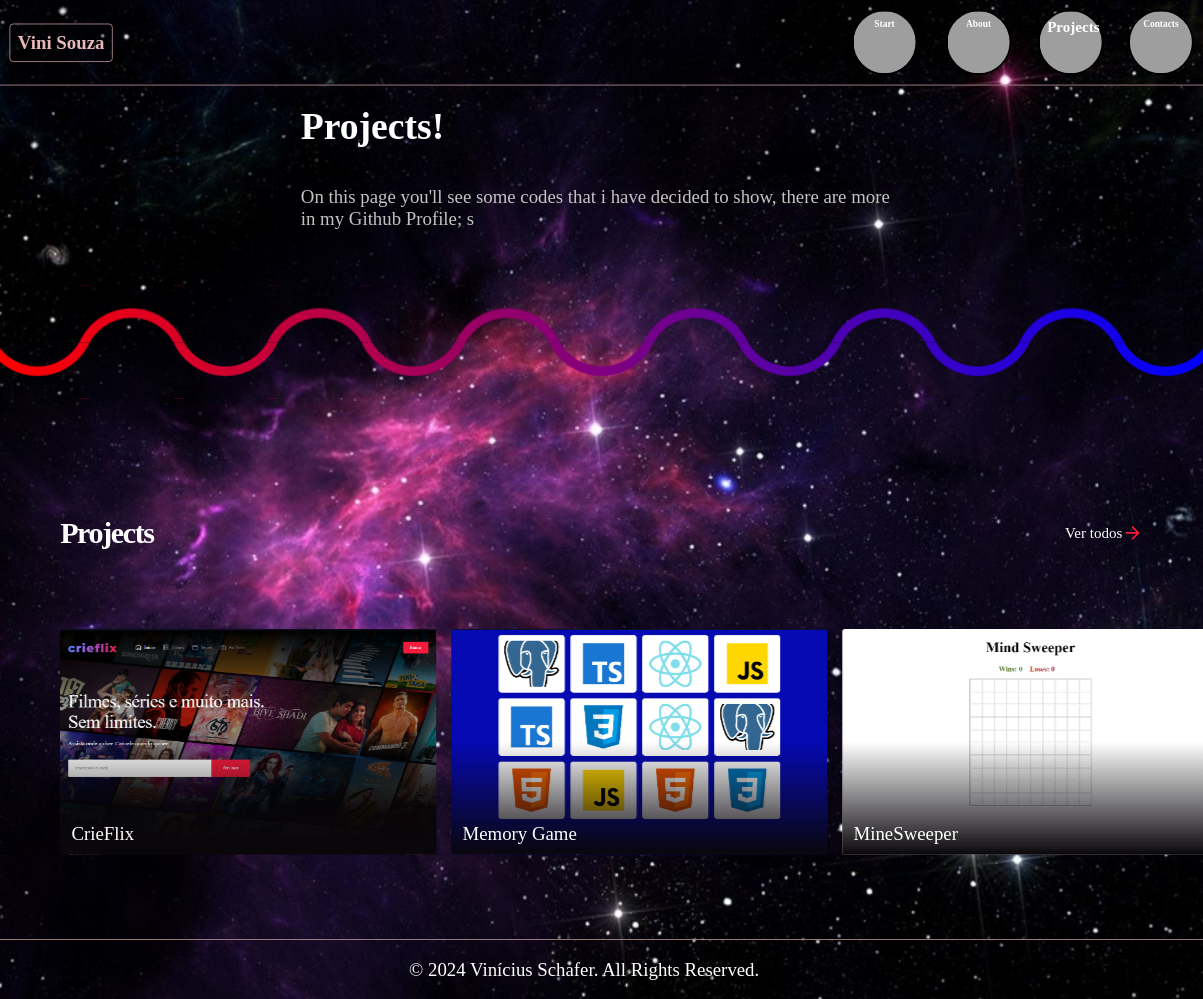
Repository: ViniSouza32/ViniSouza32.github.io
Page: ProjectsScreen/index.html
These files come from the project's save history. The page is drawn as it stood at one moment and after the next save; the edit follows.
The browser window is 1280 px wide. The pictures show the whole page, at 94% of full size.
Pictures or frames that could not be fetched are drawn as grey boxes.

Above is the page before, as saved 2024-08-26 01:18:33.

### ProjectsScreen/index.html
<!DOCTYPE html>
<html lang="pt-BR">
  <head>
    <meta charset="UTF-8" />
    <meta name="viewport" content="width=device-width, initial-scale=1.0" />
    <title>Projects</title>

    <link href="../styles.css" rel="stylesheet" />
    <link href="./styles.css" rel="stylesheet" />
    <link rel="stylesheet" href="componentes/cover.css">
    <link rel="stylesheet" href="componentes/slider.css">

    <link rel="icon" type="image/x-icon" href="../assets/imgs/favicon.jpg">
    <link href="https://fonts.googleapis.com/icon?family=Material+Icons" rel="stylesheet"/>
  </head>
  <body>
    <div class="header">
      <a href="index.html" class="name">Vini Souza</a>

      <ul class="list">
        <a href="../index.html" style="font-size: 10px;  padding-left: 7px">
          <li class="mercury planet">Start</li>
        </a>
        <a href="../aboutScreen/index.html" style="font-size: 10px; padding-left: 10px">
          <li class="mars planet">About</li>
        </a>
        <a
          href="./index.html"
          style="padding-left: 8px"
        >
          <li class="earth planet">Projects</li>
        </a>
        <a
          href="../contatsScreen/index.html"
          style="font-size: 10px; padding-left: 6px"
        >
          <li class="jupiter planet">Contacts</li>
        </a>
      </ul>
      <div class="menu-icon" onclick="toggleMenu()">
        <div class="bar"></div>
        <div class="bar"></div>
        <div class="bar"></div>
      </div>

    </div>

    <div class="desc">
      <h3 class="desc-title">Projects!</h3>

      <p class="desc-text">
        On this page you'll see some codes that i have decided to show,
        there are more in my Github Profile; s
      </p>
    </div>
    <div class="box"></div>

    <section class="slider">
      <div class="slider__header">
          <h4 class="slider__title">Projects</h4>
            <a class="slider__more" href="seeMore.html">
              <span>Ver todos</span>
              <svg width="22" height="22" viewBox="0 0 22 22" xmlns="http://www.w3.org/2000/svg">
                <path d="M3.66536 11.9154L14.8212 11.9154L9.69703 17.0395L10.9987 18.332L18.332 10.9987L10.9987 3.66536L9.7062 4.95786L14.8212 10.082L3.66536 10.082L3.66536 11.9154Z" />
              </svg>
            </a>
      </div>
      <div class="slider__track">
          <div class="cover cover--large">
            <img class="cover__image" src="../assets/imgs/crieFlix.png" alt="CrieFlix">
            <span class="cover__title">CrieFlix</span>
          </div>
          <div class="cover cover--large">
            <img class="cover__image" src="../assets/imgs/jogoMemoria.png" alt="Memory Game">
            <span class="cover__title">Memory Game</span>
          </div>
          <div class="cover cover--large">
            <img class="cover__image" src="../assets/imgs/mindSweeper.png" alt="MineSweeper">
            <span class="cover__title">MineSweeper</span>
          </div>
          <div class="cover cover--large">
            <img class="cover__image" src="../assets/imgs/sistemaDoacoes.png" alt="Donation System">
            <span class="cover__title">Donation System</span>
          </div>
        </section>

    <div id="footer"></div>
  </body>
  <script src="../scripts/hamburgerMenu.js"></script>
  <script src="../scripts/footerGen.js"></script>
</html>

### styles.css
body {
  background-image: url("./assets/imgs/galaxyBack1024x768.jpg");
  background-color: #000;
  background-size: cover;
  margin: 0;
  padding: 0;
}

.header {
  display: flex;
  align-items: center;
  justify-content: space-between;
  color: #fff;
  border-bottom: 1px solid #a08282;
  font-size: 20px;
  font-weight: bold;
  padding: 10px;
}

.padl {
  padding-left: 45.1%;
}

.name {
  text-decoration: none;
  color: #e7b9b9;
  border: 1px solid #a08282;
  border-radius: 4px;
  padding: 8px;
  cursor: default;
}

.selected {
  background-color: #555;
}

.list {
  list-style: none;
  display: flex;
  margin: 0;
  padding: 0;
  justify-content: space-around;
}

.list li {
  margin: 0;
  padding: 8px;
  text-align: center;
}

.mercury {
  background: url(https://www.solarsystemscope.com/images/textures/full/2k_makemake_fictional.jpg);
  background-size: cover;
  border-radius: 50%;
  border: 2px solid #000;
  width: 50px;
  height: 50px;
  margin: 10px;
  animation: movimiento 10s linear 0s infinite;
  cursor: pointer;
}

.mars {
  background: url(https://s3-us-west-2.amazonaws.com/s.cdpn.io/217233/mars_texture.jpg);
  background-size: cover;
  border-radius: 50%;
  border: 2px solid #000;
  width: 50px;
  height: 50px;
  margin: 10px;
  animation: movimiento 10s linear 0s infinite;
  cursor: pointer;
}

.earth {
  background: url(https://cdn.rawgit.com/ManzDev/cursos-assets/gh-pages/css3/earth-2.jpg);
  background-size: cover;
  border-radius: 50%;
  border: 2px solid #000;
  width: 50px;
  height: 50px;
  margin: 10px;
  animation: movimiento 10s linear 0s infinite;
  cursor: pointer;
}

.jupiter {
  background: url(https://www.jpl.nasa.gov/spaceimages/images/largesize/PIA07782_hires.jpg);
  background-size: cover;
  border-radius: 50%;
  border: 2px solid #000;
  width: 50px;
  height: 50px;
  margin: 10px;
  animation: movimiento 10s linear 0s infinite;
  cursor: pointer;
}

@keyframes movimiento {
  0% {
    background-position: 0 0;
  }
  100% {
    background-position: 355px 0;
  }
}

.list {
  list-style: none;
  display: flex;
  margin: 0;
  padding: 0;
  list-style: none;
}

.list li {
  margin-left: 20px;
  padding: 8px;
}

.list a {
  text-decoration: none;
  color: #fff;
  font-size: 16px;
  font-weight: 600;
  cursor: default;
}

.list li:hover {
  background-color: #807d7d;
}

.sub-text {
  color: #c7c7c77a;
}

.text-link {
  color: #a8aafd;
  text-decoration: none;
  padding-left: 25%;
}

.name-body {
  display: flex;
  color: #fff;
  font-size: 20px;
  padding-top: 1%;
  justify-content: center;
}

.image {
  padding-left: 35%;
  max-height: 555px;
  max-width: 1000px;
}

.text {
  color: #fff;
  font-size: 20px;
  margin-top: 20px;
  margin-left: 25%;
  margin-right: 25%;
  text-decoration: none;
}

.email {
  display: inline-flex;
  align-items: center;
  justify-content: center;
  background-color: #0000006b;
  border: 2px solid #a08282;
  border-radius: 8px;
  padding: 2px 4px;
}

.box {
  --size: 50px;
  --b: 10px;
  --p: 25px;
  --R: calc(55.9px + var(--b) / 2);

  --_g: #0000 calc(99% - var(--b)), #000 calc(101% - var(--b)) 99%, #0000 101%;
  -webkit-mask: radial-gradient(
        var(--R) at left 50% bottom calc(-1 * var(--p)),
        var(--_g)
      )
      calc(50% - 2 * var(--size)) calc(50% - var(--size) / 2 - var(--b) / 2) /
      calc(4 * var(--size)) calc(var(--size) + var(--b)) repeat-x,
    radial-gradient(var(--R) at left 50% top calc(-1 * var(--p)), var(--_g)) 50%
      calc(50% + var(--size) / 2 + var(--b) / 2) / calc(4 * var(--size))
      calc(var(--size) + var(--b)) repeat-x;
  background: linear-gradient(90deg, red, blue);
  height: 200px;
}

.container-projects {
  border: 1px solid #fff;
  border-radius: 8px;
  background-color: #0000004f;
  width: 50%;
  margin-left: 25%;
  margin-bottom: 12px;
}

.conteiner-text {
  color: #fff;
  font-size: 20px;
  padding-left: 1%;
  padding-right: 1%;
}

.footer {
  display: flex;
  align-content: center ;
  border-top: 1px solid #a08282;
  color: #fff;
}

.text_footer {
  color: #fff;
  font-size: 20px;
  margin-left: 34%;
  text-decoration: none;
}

.link {
  color: #fff;
  font-size: 20px;
  text-decoration: none;
}

.links {
  color: #fff;
  text-decoration: none;
  padding-left: 10px;
}

.container-links {
  padding-left: 24%;
}

.menu-icon {
  display: none;
  cursor: pointer;
  margin-right: 15px;
}

.bar {
  width: 25px;
  height: 3px;
  background-color: #fff;
  margin: 6px 0;
  transition: 0.4s;
}

@media only screen and (max-width: 600px) {
  .list {
    display: none;
  }

  .menu-icon {
    display: block;
  }

  .container-links {
    display: flex;
    padding-left: 5%;
  }

  .list {
    display: none;
    flex-direction: column;
    position: absolute;
    top: 60px;
    right: 0;
    background-color: #333;
    padding: 10px;
    border-bottom-left-radius: 8px;
    border-bottom-right-radius: 8px;
  }

  .list li {
    margin: 5px 0;
  }

  .name-body,
  .image,
  .text,
  .container-projects,
  .footer-links {
    margin-left: 5%;
    margin-right: 5%;
  }

  .padl {
    padding-left: 5%;
  }

  .image {
    padding-left: 0;
    max-width: 100%;
  }

  .container-projects {
    width: 90%;
  }

  .list.show {
    display: flex;
  }

  .footer {
    display: none;
  }

  .desc-text {
    display: nonw;
  }

  .list li {
    margin: 10px 0;
  }
}

### ProjectsScreen/styles.css
.desc-text {
  color: #c4c3c3;
  font-size: 20px;
  margin-top: 20px;
  margin-left: 25%;
  margin-right: 25%;
  text-decoration: none;
}

.desc-title {
  color: #fff;
  font-size: 40px;
  margin-top: 20px;
  margin-left: 25%;
  margin-right: 25%;
  text-decoration: none;
}

.image-projects {
  width: 50%;
  padding-left: 25%;
  padding-top: 12px;
}

### ProjectsScreen/componentes/cover.css
.cover {
  width: 215px;
  height: 290px;
  border-radius: 3px;
  position: relative;
  background-image: linear-gradient(180deg, rgba(10, 7, 11, 0) 50%, #0A070B 100%);
  display: flex;
  align-items: flex-end;
  flex-shrink: 0;
  overflow: hidden;
}

.cover--large {
  width: 400px;
  height: 240px;
}

.cover__image {
  width: 100%;
  height: 100%;
  object-fit: cover;
  position: absolute;
  top: 0;
  left: 0;
  z-index: -1;
}

.cover__title {
  color: #ffffff;
  font-size: 20px;
  line-height: 30px;
  padding: 8px 12px;
}

@media (max-width: 480px) {
  .cover {
    width: 100px;
    height: 135px;
  }

  .cover--large {
    width: 275px;
    height: 165px;
  }

  .cover__title {
    font-size: 11px;
    line-height: 12px;
    padding: 4px;
  }
}

### ProjectsScreen/componentes/slider.css
.slider {
  margin: 40px 0 90px 0;
}

.slider__header {
  display: flex;
  justify-content: space-between;
  align-items: center;
  padding: 0 64px;
  margin-bottom: 40px;
}

.slider__title {
  color: #ffffff;
  font-size: 32px;
  line-height: 40px;
  letter-spacing: -1.5px;
}

.slider__more {
  color: #ffffff;
  font-size: 16px;
  line-height: 20px;
  text-decoration: none;
  display: flex;
  align-items: center;
}

.slider__more svg {
  fill: #F41B3B;
}

.slider__track {
  display: flex;
  overflow: scroll hidden;
  padding:0 56px;
  scrollbar-width: none;
}

.slider__track::-webkit-scrollbar {
  display: none;
}

.slider__track .cover {
  margin:0 8px;
}

@media (max-width : 480px) {
  .slider {
    margin: 32px 0;
  }

  .slider__header {
    padding: 0 24px;
    margin-bottom: 12px;
  }
  .slider__title {
    font-size: 20px;
    line-height: 32px;
  }

  .slider__more {
    font-size: 14px;
  }

  .slider__more svg {
    width: 14px;
    height: 14px;
  }

  .slider__track {
    padding:0 18px;
  }

  .slider__track .cover {
    margin: 0 6px;
  }
}

### scripts/hamburgerMenu.js
function toggleMenu() {
  let menuList = document.querySelector('.list');
  menuList.classList.toggle('show');
}

### scripts/footerGen.js
document.addEventListener("DOMContentLoaded", function () {
  let footerContent =
    '<div class="footer">' +
      '<p class="text_footer"> &copy; 2024 <a class="link" target="_blank" href="https://twitter.com/vinisouza32"> Vinícius Schafer</a>. All Rights Reserved.</p>'
    '</div>';

  let footer = document.getElementById("footer");

  footer.innerHTML = footerContent;
});

After the next save:
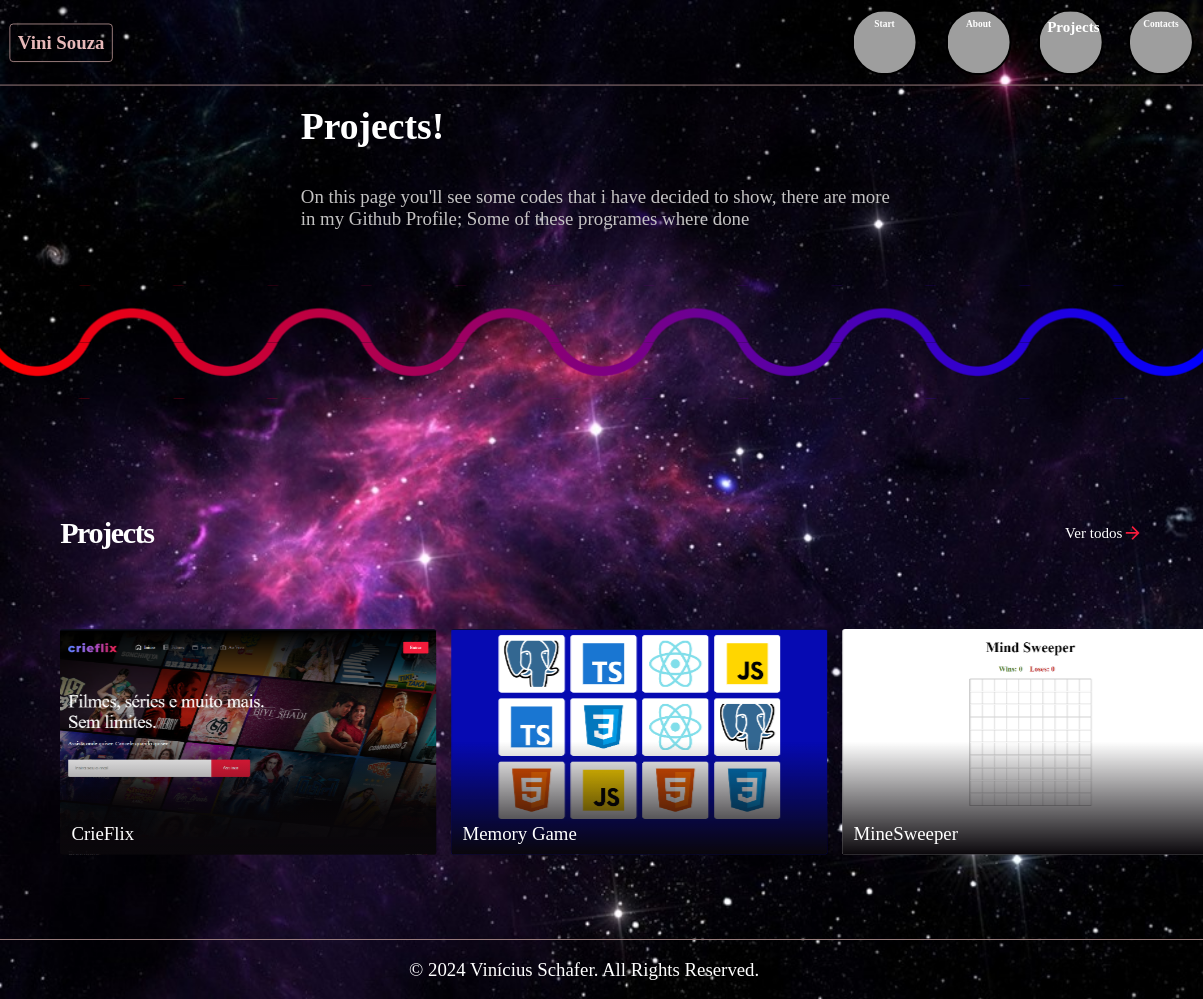
Saved 10 s later.
--- a/ProjectsScreen/index.html
+++ b/ProjectsScreen/index.html
@@ -50,7 +50,7 @@
 
       <p class="desc-text">
         On this page you'll see some codes that i have decided to show,
-        there are more in my Github Profile; s
+        there are more in my Github Profile; Some of these programes where done
       </p>
     </div>
     <div class="box"></div>
